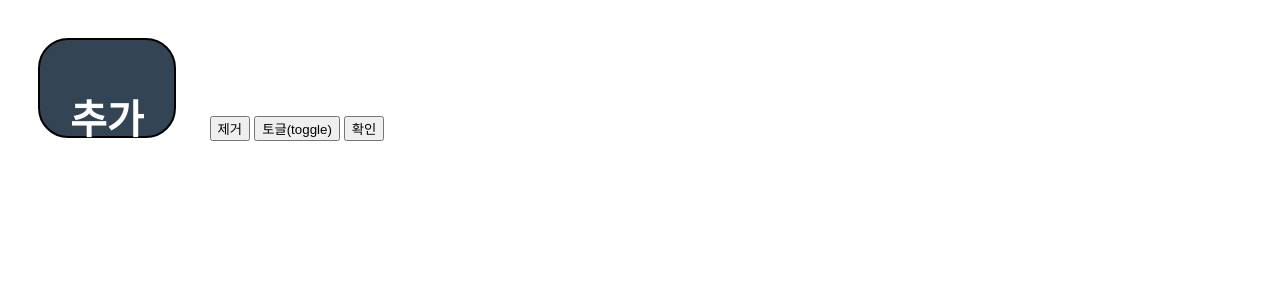
Repository: SeungjaeYu/webstudy
Page: webstudy/14_javascript/ch07_style/test04.html
An editor plug-in stored every save of this project. The page is shown before and after the next save, followed by the edit.
The browser window is 1280 px wide. The pictures show the whole page.

Above is the page before, as saved 2019-10-01 11:35:03.

### webstudy/14_javascript/ch07_style/test04.html
<!DOCTYPE html>
<html lang="en">
<head>
    <meta charset="UTF-8">
    <meta name="viewport" content="width=device-width, initial-scale=1.0">
    <meta http-equiv="X-UA-Compatible" content="ie=edge">
    <title>Document</title>
    <style>
        h2 {
            transition: 2s;
        }
        .a {
            border: 2px solid black;
            background: #345;
            color: white;
            margin: 30px;
            padding: 30px;
            height: 100px;
            text-align: center;
            line-height: 100px;
            border-radius: 30px;
        }
        .b {
            font-size: 40px;
            font-weight: bold;
        }
    </style>
</head>
<body>
    <div>
        <button class="a b" onclick="addClass()">추가</button>
        <button onclick="removeClass()">제거</button>
        <button onclick="toggleClass()">토글(toggle)</button>
        <button onclick="hasClass()">확인</button>
    </div>
    <div id="result"></div>
    <script>
        let divEle = document.querySelector("#result");
        function addClass() {
            divEle.classList.add("a");
        }
        function removeClass() {}
        function toggleClass() {}
        function hasClass() {}
    </script>
</body>
</html>

After the next save:
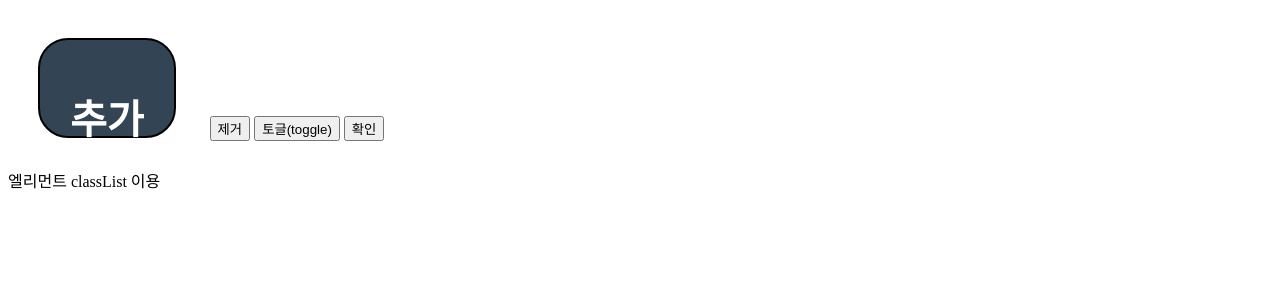
Saved 38 s later.
--- a/webstudy/14_javascript/ch07_style/test04.html
+++ b/webstudy/14_javascript/ch07_style/test04.html
@@ -33,7 +33,7 @@
         <button onclick="toggleClass()">토글(toggle)</button>
         <button onclick="hasClass()">확인</button>
     </div>
-    <div id="result"></div>
+    <div id="result">엘리먼트 classList 이용</div>
     <script>
         let divEle = document.querySelector("#result");
         function addClass() {
